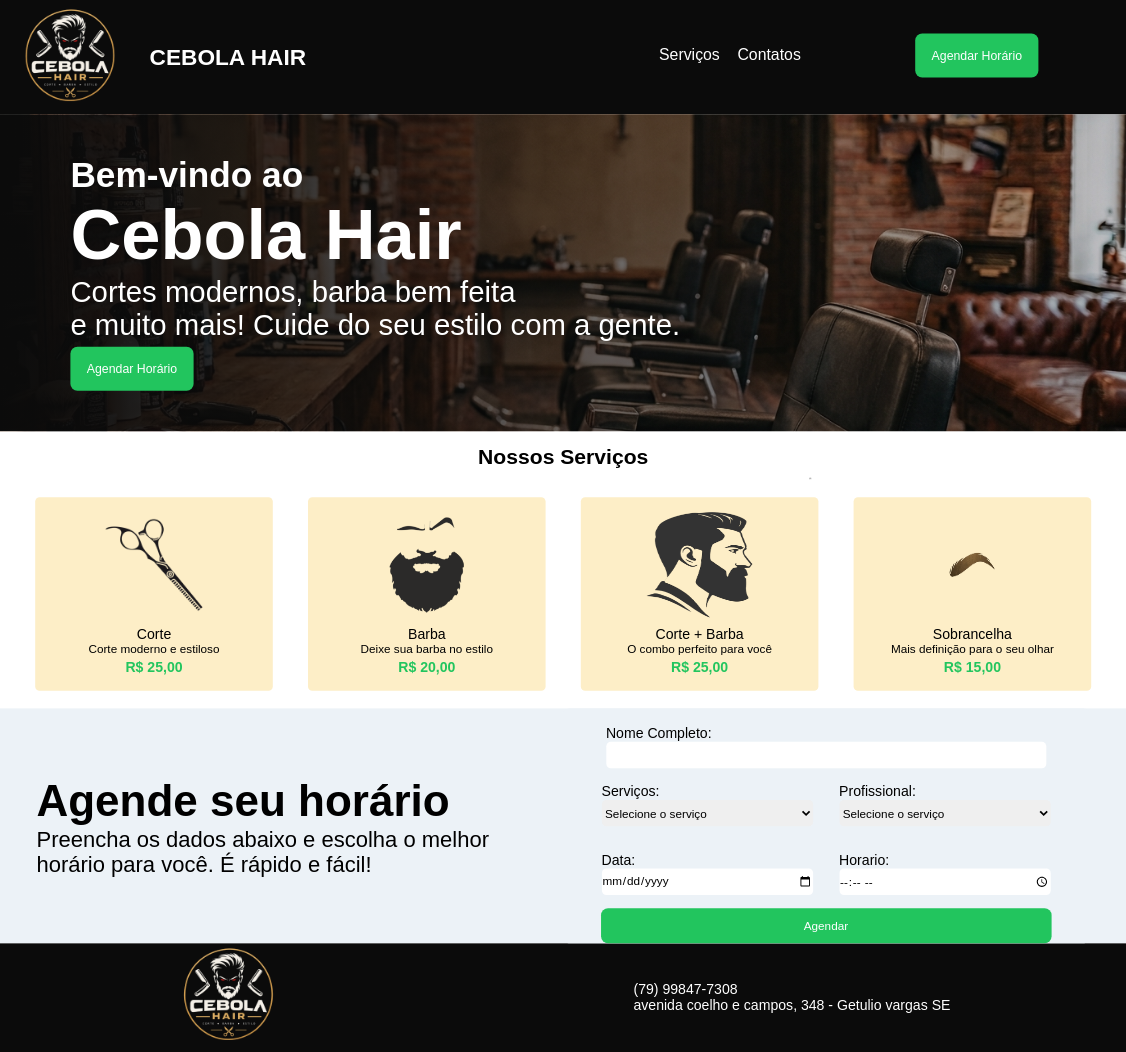
Repository: antonymsantana-design/final.activitie1
Page: index.html
The author's editor kept a copy of each file at every save. The page is drawn from the files as they stood at one save, then again after a run of saves.
The browser window is 1280 px wide. The pictures show the whole page, at 88% of full size.

Above is the page before, as saved 2026-09-15 20:08:58.

### index.html
<!doctype html>
<html lang="pt-br">
  <head>
    <meta charset="UTF-8" />
    <meta name="viewport" content="width=device-width, initial-scale=1.0" />
    <title>Cebola Hair</title>
    <link rel="stylesheet" href="style.css" />
    <script src="../final.activitie1/script.js" defer></script>
  </head>
  <header>
    <div class="conteudoH" id="conteudoH">
      <div class="imagem" id="imagem">
        <img
          src="image/logoC.png"
          alt="logo"
          class="logoIMG"
          id="logoIMG"
        />
        <h3 class="logoH">CEBOLA HAIR</h3>
      </div>
      <div class="direitaH">
        <div class="links" id="links">
          <a href="#" class="aLinks">Serviços</a>
          <a href="#" class="aLinks">Contatos</a>
        </div>
        <div class="btnDiv" id="btnDiv">
          <button class="btn" id="btn">
            <div class="btnTxt" id="btnTxt">
              <p>Agendar Horário</p>
            </div>
          </button>
        </div>
      </div>
    </div>
  </header>

  <body>
    <div class="conteudo">
      <div class="texto">
        <h4>Bem-vindo ao</h4>
        <h1>Cebola Hair</h1>
        <small
          >Cortes modernos, barba bem feita <br />
          e muito mais! Cuide do seu estilo com a gente.</small
        >
        <button class="btn" id="btn">
          <div class="btnTxt" id="btnTxt">
            <p>Agendar Horário</p>
          </div>
        </button>
      </div>
    </div>

    <h2 class="Our">Nossos Serviços</h2>
    <hr />

    <div class="cards">
      <div class="card">
        <img src="image/corte.webp" alt="tisora" class="icone" />
        <p>Corte</p>
        <small>Corte moderno e estiloso</small>
        <h4>R$ 25,00</h4>
      </div>
      <div class="card">
        <img src="image/barba(png).png" alt="tisora" class="icone" />
        <p>Barba</p>
        <small>Deixe sua barba no estilo</small>
        <h4>R$ 20,00</h4>
      </div>
      <div class="card">
        <img src="image/barba+corte(png).png" alt="tisora" class="icone" />
        <p>Corte + Barba</p>
        <small>O combo perfeito para você</small>
        <h4>R$ 25,00</h4>
      </div>
      <div class="card">
        <img
          src="image/Design sem nome.png"
          alt="tisora"
          class="icone"
        />
        <p>Sobrancelha</p>
        <small>Mais definição para o seu olhar</small>
        <h4>R$ 15,00</h4>
      </div>
    </div>

    <div class="agendar" id="agendar">
      <div class="esq">
        <h1>Agende seu horário</h1>
        <p>
          Preencha os dados abaixo e escolha o melhor <br />
          horário para você. É rápido e fácil!
        </p>
      </div>

      <div class="form">
        <div class="formCima">
            <div class="cimacima">
        <label for="nome">Nome Completo:</label><br/>
        <input type="text" name="nome" id="nome" class="forms"/>
        </div>
        </div><br/>

         <div class="quadrado">
        <div class="1">
          <label for="serv">Serviços:</label>
          <select name="serv" id="serv" class="formu">
            <option value="">Selecione o serviço</option>
            <option value="corte">Corte</option>
            <option value="barba">Barba</option>
            <option value="cort+barba">Corte + Barba</option>
            <option value="sobrancelha">Sobrancelha</option>
          </select>
          </div>

          <div class="2">
            <label for="prof">Profissional:</label>
            <select name="prof" id="prof" class="formu">
              <option value="">Selecione o serviço</option>
              <option value="cebola">Cebola</option>
            </select>
            </div>
            <div class="3">
              <label for="data">Data:</label> <br>
              <input type="date" name="data" id="data" class="formu"/>
            </div>
            <div class="4">
              <label for="hora">Horario:</label> <br>
              <input type="time" name="hora" id="hora" class="formu"/>
            </div>
          </div>
          <div class="btnAgendar">
           <button type="button" class="agendarbtn">Agendar</button>
            </div>
          </div>
      </div>
    </div>
  </body>
  <footer>
    <div class="direita">
      <img
        src="image/logoC.png"
        alt="logo"
        class="logoIMG"
        id="logoIMG"
      />
    </div>

    <div class="esquerda">
      <p>(79) 99847-7308</p>
      <p>avenida coelho e campos, 348 - Getulio vargas SE</p>
    </div>
  </footer>
</html>

### style.css
* {
    padding: 0px;
    margin: 0px;
    font-family: Arial, Helvetica, sans-serif;
}

header {
    background-color: #0B0B0B;
    height: 130px;
}

small {
    padding-bottom: 5px;
}

.conteudoH {
    display: flex;
    justify-content: space-between;
    padding-right: 100px;
    align-items: center;
}

.imagem {
    margin-left: 20px;
    margin-top: 5px;
    display: flex;
    justify-content: center;
    align-items: center;
    gap: 30px;
    font-weight: 600;
    font-size: 22px;
}

.logoIMG {
    width: 120px;
    height: 120px;
    cursor: pointer;
}

.logoH {
    color: white;

}

.links {
    display: flex;
    gap: 20px;
    justify-content: center;
    padding-right: 130px;
    font-size: 18px;
}

.links a {
    text-decoration: none;
    color: white;
    transition: 0.5s ease;
}

.aLinks:hover {
    transform: translateY(-5px);
    box-shadow: 0 4px 10px rgba(0, 0, 0, 0.15);
    background-color: #F0C56A;
    color: #F5F5F5;
    border-radius: 5px;
    width: 120px;
    height: 30px;
    display: flex;
    justify-content: center;
    align-items: center;
}

.btnDiv {
    display: flex;
}

.btn {
    display: flex;
    justify-content: center;
    width: 140px;
    height: 50px;
    background-color: #22C55E;
    border: none;
    color: white;
    align-items: center;
    border-radius: 8px;
    transition: 0.3s ease;
    cursor: pointer;
    font-size: 14px;
}

.btn:hover {
    transform: translateY(-5px);
    box-shadow: 0 8px 15px rgba(0, 0, 0, 0.4);
}

.direitaH {
    display: flex;
    justify-content: center;
    align-items: center;
}

.conteudo {
    background-image: url(image/Gemini_Generated_Image_hbetqjhbetqjhbet.jpg);
    background-repeat: no-repeat;
    background-size: cover;
    background-position: center;
    height: 50vh;
    color: white;
}

.texto {
    padding-left: 80px;
    font-size: 40px;
    display: flex;
    flex-direction: column;
    justify-content: center;
    height: 50vh;
    background: linear-gradient(to right, #0B0B0B, #15151531);

}

.card {
    background-color: #FDEEC7;
    width: 270px;
    height: 220px;
    display: flex;
    flex-direction: column;
    justify-content: center;
    align-items: center;
    border-radius: 5px;
}

.cards {
    display: flex;
    justify-content: center;
    gap: 40px;
    padding-top: 20px;
    padding-bottom: 20px;
}

.card h4 {
    color: #22C55E;
}

.icone {
    width: 120px;
    height: 120px;
    padding-bottom: 10px;
}

.Our {
    padding-top: 15px;
    text-align: center;
    padding-bottom: 10px;
}

hr {
    color: #22C55E;
    text-align: center;
    margin-left: 920px;
    margin-right: 920px;
}

.agendar{
    display: flex;
    justify-content: space-around;
    align-items: center;
    background-color: #ECF2F7;
}

.form{
    background-color: #ECF2F7;
    width: 600px;
    border-radius: 7px;
    display: flex;
    justify-content: center;
    flex-direction: column;
}

.formCima{
    padding-top: 20px;
    display: flex;
    justify-content: center;
    align-items: center;
    flex-direction: column;
}

.quadrado{
    display: grid;
    justify-content: center;
    grid-template-columns: repeat(2, 200px);
    gap: 30px;
    column-gap: 70px;
    margin-right: 40px;
}

.esq {
    font-size: 25px;
}

footer{
    display: flex;
    justify-content: space-around;
    align-items: center;
    background-color: #0B0B0B;
    color: white;
}

.formu{
    width: 240px;
    height: 30px;
    border-radius: 5px;
    border: none;
}

.forms{
    width: 500px;
    height: 30px;
    border-radius: 5px;
    border: none;
}

.agendarbtn{
    display: flex;
    justify-content: center;
    align-items: center;
    width: 512px;
    height: 40px;
    background-color: #22C55E;
    border: none;
    color: white;
    border-radius: 8px;
    transition: 0.3s ease;
    cursor: pointer;
    margin-top: 15px;
}

.agendarbtn:hover {
    transform: translateY(-5px);
}

.btnAgendar{
    display: flex;
    justify-content: center;
    align-items: center;
}

Loaded but not shown: script.js (no copy from this time; the picture is the same without it)

After the next 3 saves:
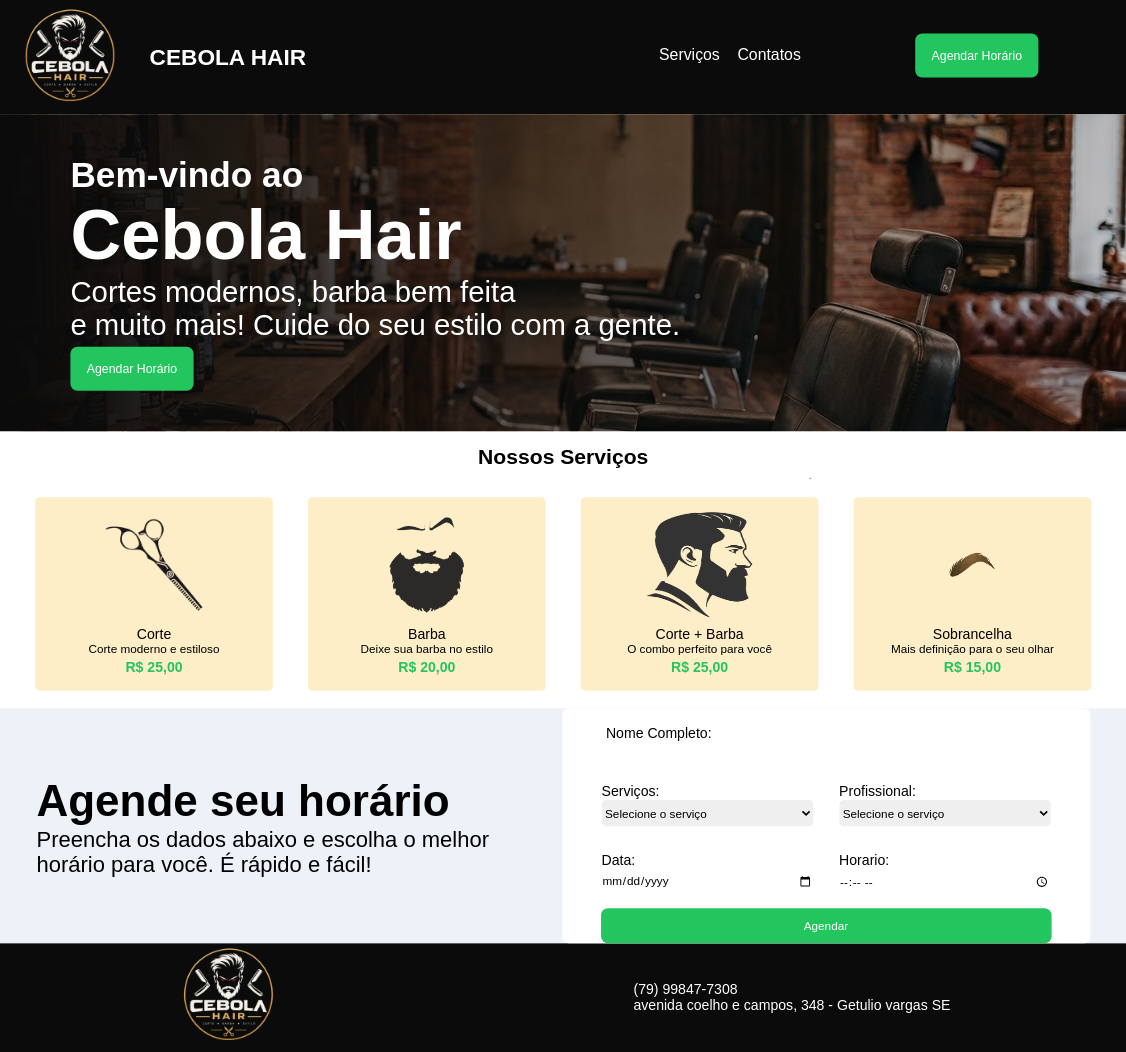
The 3 saves are shown as one change because they came seconds apart.
The last was saved 22 s later.
--- a/style.css
+++ b/style.css
@@ -169,7 +169,7 @@ hr {
 }
 
 .form{
-    background-color: #ECF2F7;
+    background-color: white;
     width: 600px;
     border-radius: 7px;
     display: flex;
